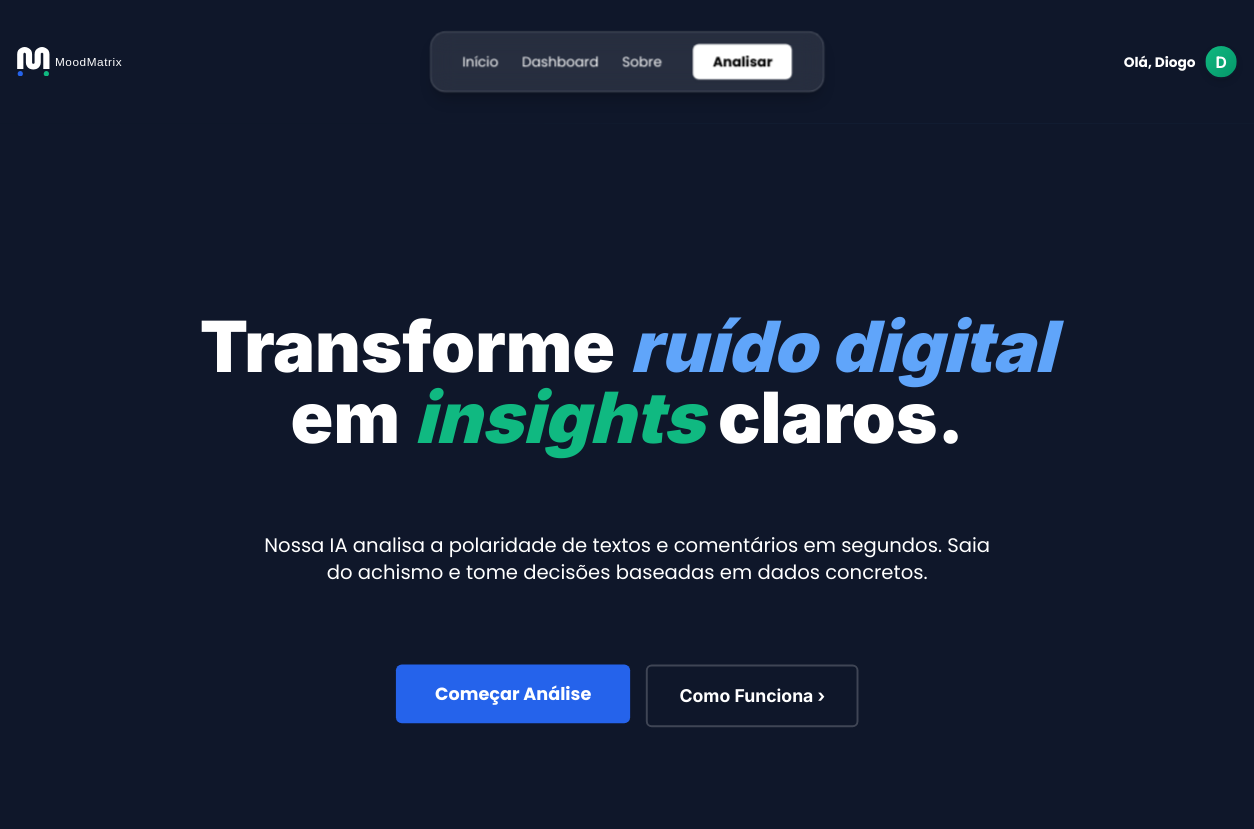
Repository: Hackaton-ONE/hackathon-Frontend
Page: /
An editor plug-in stored every save of this project. The page is shown before and after the next save, followed by the edit.
The browser window is 1280 px wide. The pictures show the whole page, at 98% of full size.
Some web fonts or font styles are not loaded; a fallback is used. The project was rebuilt for these pictures with package versions that can differ from the ones it lists, and the page was loaded fresh each time. The framework's server and built-in components were replaced by stand-ins that run in the browser. Also part of the build but not shown: next.config.ts.

Above is the page before, as saved 2026-01-02 10:17:07.

### app/layout.tsx
import type { Metadata } from "next";
import { Inter, Poppins, MuseoModerno } from "next/font/google"; // 1. Importar Poppins
import "./globals.css";
import { Navbar } from "@/components/Navbar";

// 2. Configurar Inter
const inter = Inter({
  subsets: ["latin"],
  variable: "--font-inter",
});

// 3. Configurar Poppins (Pesos comuns: 400, 600, 700)
const poppins = Poppins({
  weight: ['400', '600', '700'],
  subsets: ["latin"],
  variable: "--font-poppins",
});

const museo = MuseoModerno({
  subsets: ["latin"],
  variable: "--font-museo",
  display: "swap",
});

export const metadata: Metadata = {
  title: "MoodMatrix",
  description: "Análise de sentimentos com IA",
};

export default function RootLayout({
  children,
}: Readonly<{

  children: React.ReactNode;
}>) {
  return (
    <html lang="pt-br">
      {/* 4. Adicionar ambas as variáveis no body */}
      <body className={`${inter.variable} ${poppins.variable} ${museo.variable} bg-mood-dark text-white font-sans antialiased`}>
        <Navbar />
        {children}
      </body>
    </html>
  );
}

### app/page.tsx
import { HeroSection } from "../components/HeroSection";

export default function Home() {
  return (
    <main className="min-h-screen bg-mood-dark text-white selection:bg-neon-green selection:text-mood-dark">
      {/* A Navbar já está no layout.tsx, então não precisa repetir aqui se já colocou lá */}

      <HeroSection />

      {/* Aqui virão as próximas seções (Tech Stack, Benefícios, etc.) */}

    </main>
  );
}

### app/globals.css
@tailwind base;
@tailwind components;
@tailwind utilities;

/* Define o fundo padrão do site inteiro e a cor do texto */
body {
  background-color: #0F172A; /* mood.dark */
  color: #ffffff;
  min-height: 100vh;
}

/* Utilitário para o efeito de Vidro (Glassmorphism) */
.glass {
  background: rgba(30, 41, 59, 0.4); /* mood.gray com transparência */
  backdrop-filter: blur(12px);
  -webkit-backdrop-filter: blur(12px);
  border: 1px solid rgba(255, 255, 255, 0.1);
}

/* === PERSONALIZAÇÃO DA BARRA DE ROLAGEM === */

/* 1. Define a largura da barra */
::-webkit-scrollbar {
  width: 8px;
  height: 8px;
}

/* 2. Remove o fundo (Track) */
::-webkit-scrollbar-track {
  background: transparent;
}

/* 3. Cor da barra (Thumb)*/
::-webkit-scrollbar-thumb {
  background-color: #2563EB;
  border-radius: 9999px;
}

/* 4. Efeito ao passar o mouse */
::-webkit-scrollbar-thumb:hover {
  background-color: #60A5FA; /* blue-light */
}

/* 5. Remove as setas (Buttons) */
::-webkit-scrollbar-button {
  display: none;
}

### components/Navbar.tsx
"use client";

import Link from "next/link";
import { useState } from "react";
import { Menu, X } from "lucide-react";
import Image from "next/image";

// Componente NavLink (Link com sublinhado azul)
const NavLink = ({ href, children }: { href: string; children: React.ReactNode }) => (
  <Link
    href={href}
    className="relative group text-white transition-colors font-medium text-sm"
  >
    {children}
    <span className="absolute -bottom-1 left-0 w-0 h-[2px] bg-blue-default transition-all duration-300 ease-out group-hover:w-full" />
  </Link>
);

export function Navbar() {
  const [isOpen, setIsOpen] = useState(false);

  return (
    // Container Principal
    <div className="relative top-0 left-0 w-full z-50 px-4 py-8">

      <div className="max-w-[1600px] mx-auto flex justify-between items-center lg:grid lg:grid-cols-3">

        {/* =======================
            1. LOGO (Coluna 1 - Alinhado à Esquerda)
           ======================= */}
        <div className="flex justify-start">
          <Link href="/" className="flex items-center gap-1 z-50 group">
            <div className="relative w-8 h-8 lg:w-9 lg:h-9 flex items-center justify-center">
              <Image
                src="/logo.svg"
                alt="Logo MoodMatrix"
                fill
                className="object-contain"
              />
            </div>

            <span className="text-white font-medium text-xs font-museo tracking-wider">
              Mood<span>Matrix</span>
            </span>
          </Link>
        </div>

        {/* =======================
            2. PÍLULA CENTRAL (Coluna 2)
            MUDANÇA: 'hidden lg:flex'
            (Escondido em Tablet/Mobile, Flex em Notebook+)
           ======================= */}
        <div className="hidden lg:flex justify-center">
          <nav className="flex items-center gap-8 pl-8 pr-8 py-3 rounded-2xl bg-white/10 backdrop-blur-md border border-white/20 shadow-lg shadow-black/20">
            {/* Links */}
            <div className="flex items-center gap-6 font-poppins font-bold">
              <NavLink href="/">Início</NavLink>
              <NavLink href="/dashboard">Dashboard</NavLink>
              <NavLink href="#sobre">Sobre</NavLink>
            </div>

            {/* Botão Analisar */}
            <Link href="/analisar">
              <button className="bg-white hover:bg-neon-orange text-black font-poppins font-bold text-sm px-5 py-2 rounded-md transition-all duration-200 shadow-sm hover:shadow-md">
                Analisar
              </button>
            </Link>
          </nav>
        </div>

        {/* =======================
            3. AVATAR / MENU (Coluna 3 - Alinhado à Direita)
           ======================= */}
        <div className="flex justify-end items-center gap-4 z-50">

          {/* Avatar (Desktop) */}
          <div className="hidden lg:flex items-center gap-2 pl-4">
            <div className="text-right hidden lg:block">
              <p className="font-poppins text-sm font-bold text-white">Olá, Diogo</p>
            </div>
            <div className="w-9 h-9 rounded-full bg-gradient-to-br from-neon-green to-emerald-600 flex items-center justify-center text-white font-bold border-2 border-mood-dark shadow-md">
              D
            </div>
          </div>

          {/* Botão Hambúrguer (Mobile) */}
          <button
            onClick={() => setIsOpen(!isOpen)}
            className="lg:hidden text-white hover:text-neon-blue transition p-1"
          >
            {isOpen ? <X size={28} /> : <Menu size={28} />}
          </button>
        </div>

      </div>

      {/* =======================
          4. MENU MOBILE DROPDOWN
         ======================= */}
      {isOpen && (
        <div className="lg:hidden absolute top-24 left-4 right-4 z-40 bg-mood-dark/95 backdrop-blur-xl border border-white/10 rounded-2xl p-4 shadow-2xl animate-in fade-in slide-in-from-top-5">

          <div className="flex flex-col space-y-1">
            <Link href="/" onClick={() => setIsOpen(false)} className="block px-4 py-3 text-white/90 hover:text-white hover:bg-blue-default rounded-lg transition-colors text-sm font-medium">
              Início
            </Link>
            <Link href="/dashboard" onClick={() => setIsOpen(false)} className="block px-4 py-3 text-white/90 hover:text-white hover:bg-blue-default rounded-lg transition-colors text-sm font-medium">
              Dashboard
            </Link>
            <Link href="#sobre" onClick={() => setIsOpen(false)} className="block px-4 py-3 text-white/90 hover:text-white hover:bg-blue-default rounded-lg transition-colors text-sm font-medium">
              Sobre
            </Link>
          </div>

          <div className="my-3 border-t border-white/10" />

          <Link href="/analisar" onClick={() => setIsOpen(false)}>
            <button className="w-full bg-white hover:bg-neon-orange text-black border border-white/20 font-poppins font-bold text-sm py-3 rounded-lg transition-all duration-200">
              Analisar
            </button>
          </Link>

          <div className="mt-4 pt-4 border-t border-white/10 flex items-center gap-3">
            <div className="w-8 h-8 rounded-full bg-gradient-to-br from-neon-green to-emerald-600 flex items-center justify-center text-white font-bold text-xs">
              D
            </div>
            <div>
              <p className="text-sm font-bold text-white">Diogo</p>
              <p className="text-xs text-gray-400">diogo@exemplo.com</p>
            </div>
          </div>

        </div>
      )}
    </div>
  );
}

### components/HeroSection.tsx
import Link from "next/link";
import { Button } from "./Button"; // Importando seu botão personalizado

export function HeroSection() {
  return (
    <section className="relative pt-32 lg:pt-48 pb-20 px-4 overflow-hidden">

      {/* =========================================
          ELEMENTOS DECORATIVOS DE FUNDO (GLOWS)
          ========================================= */}

{/* 1. ELIPSE MAIOR (Direita/Topo)
          x: 946.5, y: -78.06 -> right-0 top-[-78px] (Ajustado para responsivo)
          w: 743.5, h: 817.56 -> w-[743px] h-[817px]
          fill: 60A5FA 30% -> bg-blue-light/30
          blur: 160 -> blur-[160px]
      */}
      <div
        className="
          absolute
          top-[-78px]
          right-[-100px] lg:right-[-50px] /* Ajuste fino para telas diferentes */
          w-[743px]
          h-[817px]
          bg-blue-light/30
          blur-[160px]
          rounded-full
          -z-10
          pointer-events-none
        "
      />

      {/* 2. ELIPSE MENOR (Esquerda/Baixo)
          x: -90, y: 546 -> left-[-90px] top-[546px]
          w: 282, h: 343 -> w-[282px] h-[343px]
          fill: 60A5FA 30% -> bg-blue-light/30
          blur: 160 -> blur-[160px]
      */}
      <div
        className="
          absolute
          top-[546px]
          left-[-90px]
          w-[282px]
          h-[343px]
          bg-blue-light/30
          blur-[160px]
          rounded-full
          -z-10
          pointer-events-none
        "
      />


      {/* =========================================
          CONTEÚDO PRINCIPAL
          ========================================= */}
      <div className="max-w-5xl mx-auto text-center flex flex-col items-center">

        {/* TÍTULO */}
        <h1 className="font-inter font-black text-4xl md:text-6xl lg:text-7xl leading-tight text-white mb-20">
          Transforme <span className="italic text-blue-light">ruído digital</span> <br className="hidden md:block" />
          em <span className="italic text-neon-green">insights</span> claros.
        </h1>

        {/* SUBTÍTULO */}
        <p className="font-poppins font-light text-white text-base md:text-xl mb-20 max-w-3xl leading-relaxed">
          Nossa IA analisa a polaridade de textos e comentários em segundos.
          Saia do achismo e tome decisões baseadas em dados concretos.
        </p>

        {/* BOTÕES DE AÇÃO (CTA) */}
        <div className="flex flex-col sm:flex-row gap-4 w-full sm:w-auto">
          <Link href="/analisar">
            <Button variant="primary" className="w-full sm:w-auto text-lg px-8 lg:px-10 py-4 bg-blue-default hover:bg-neon-green font-poppins">
              Começar Análise
            </Button>
          </Link>

          <Link href="#como-funciona">
            <Button variant="outline" className="w-full sm:w-auto text-lg px-8 py-4">
              Como Funciona ›
            </Button>
          </Link>
        </div>

      </div>
    </section>
  );
}

### components/Button.tsx
import React from "react";

interface ButtonProps extends React.ButtonHTMLAttributes<HTMLButtonElement> {
  variant?: "primary" | "outline" | "ghost";
  children: React.ReactNode;
}

export function Button({ variant = "primary", className = "", children, ...props }: ButtonProps) {

  const baseStyles = "px-6 py-3 rounded-md font-bold transition-all duration-200 flex items-center justify-center gap-2 active:scale-[0.98]";

  const variants = {
    primary: "text-white active:translate-y-1",

    // Outline (Borda simples)
    outline: "bg-transparent border-2 border-white/20 text-white hover:bg-white/5 hover:border-white/40",

    // Ghost (Transparente)
    ghost:   "bg-transparent text-gray-400 hover:text-white hover:bg-white/5",
  };

  return (
    <button
      className={`${baseStyles} ${variants[variant]} ${className}`}
      {...props}
    >
      {children}
    </button>
  );
}

### tailwind.config.ts
/** @type {import('tailwindcss').Config} */
const config = {
  // Configuração de onde o Tailwind procura as classes
  content: [
    "./app/**/*.{js,ts,jsx,tsx,mdx}",
    "./pages/**/*.{js,ts,jsx,tsx,mdx}",
    "./components/**/*.{js,ts,jsx,tsx,mdx}",
    "./src/app/**/*.{js,ts,jsx,tsx,mdx}",
    "./src/pages/**/*.{js,ts,jsx,tsx,mdx}",
    "./src/components/**/*.{js,ts,jsx,tsx,mdx}",
  ],
  theme: {
    extend: {
      colors: {
        white: "#FFFFFF",
        mood: {
          dark: "#0F172A", // Fundo Azul Escuro
          nav: "#FFFFFF",  // Base para Navbar
        },
        blue: {
          light: "#60A5FA",   // Azul Claro
          default: "#2563EB", // Azul Padrão
          dark: "#1E3A8A",    // Azul Escuro
        },
        neon: {
          green: "#10B981",
          red: "#B91C1C",
          orange: "#F59E0B",
        },
      },
      fontFamily: {
        sans: ['var(--font-inter)', 'sans-serif'],
        poppins: ['var(--font-poppins)', 'sans-serif'],
        museo: ['var(--font-museo)', 'sans-serif'],
      },
      backgroundImage: {
        // Gradientes de Seta e Barra de Progresso
        'gradient-pos': 'linear-gradient(to right, #2563EB, #10B981)',
        'gradient-neg': 'linear-gradient(to right, #B91C1C, #F59E0B)',

        // Gradientes Sutis para os Cards (Glassmorphism)
        'card-blue': 'linear-gradient(180deg, rgba(255, 255, 255, 0) 0%, rgba(96, 165, 250, 0.05) 100%)',
        'card-green': 'linear-gradient(180deg, rgba(255, 255, 255, 0) 0%, rgba(16, 185, 129, 0.05) 100%)',
        'card-red': 'linear-gradient(180deg, rgba(255, 255, 255, 0) 0%, rgba(185, 28, 28, 0.05) 100%)',
        'card-orange': 'linear-gradient(180deg, rgba(255, 255, 255, 0) 0%, rgba(245, 158, 11, 0.05) 100%)', // NOVO
      }
    },
  },
  plugins: [],
};

export default config;

After the next save:
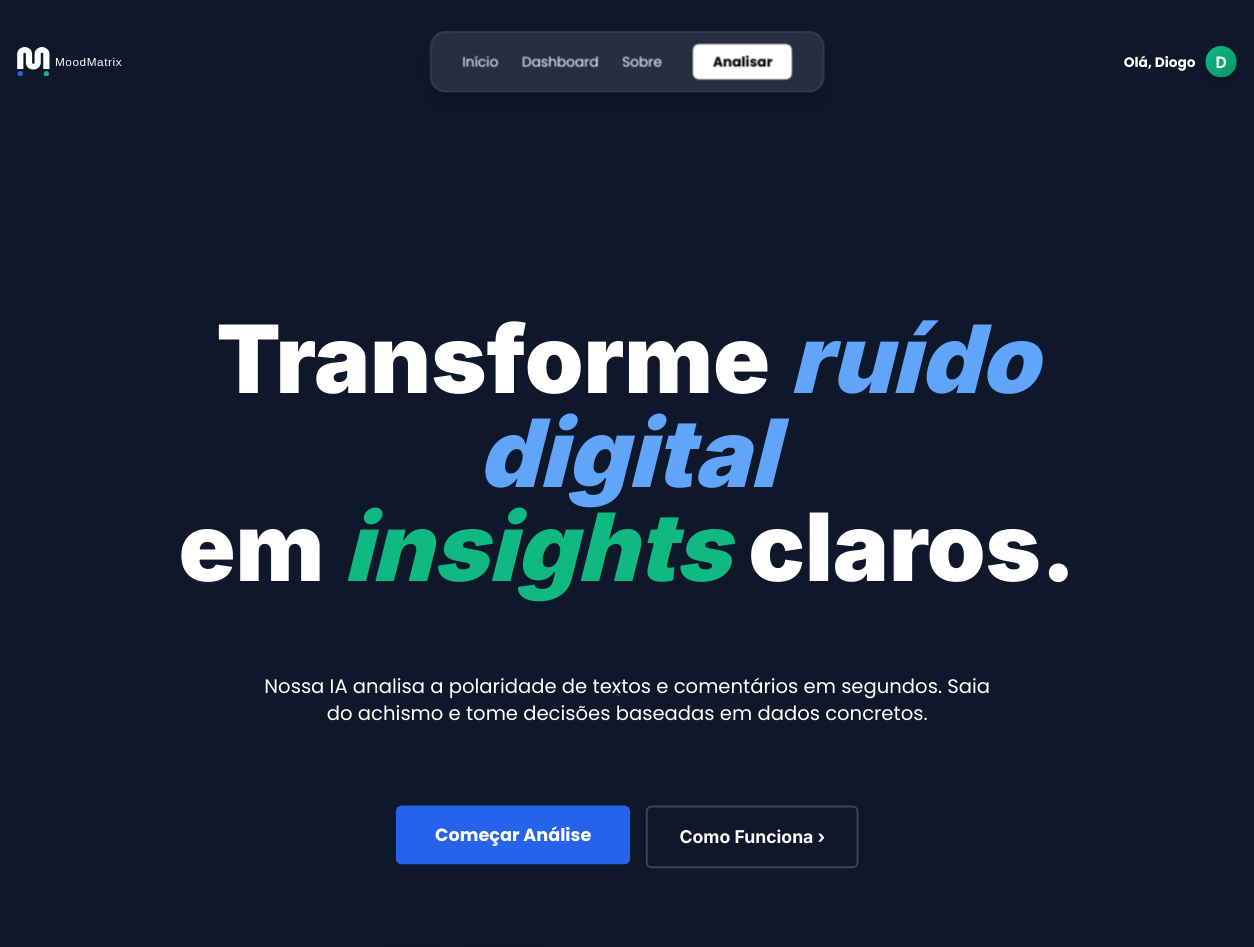
Saved 24 s later.
--- a/components/HeroSection.tsx
+++ b/components/HeroSection.tsx
@@ -58,7 +58,7 @@
       <div className="max-w-5xl mx-auto text-center flex flex-col items-center">
 
         {/* TÍTULO */}
-        <h1 className="font-inter font-black text-4xl md:text-6xl lg:text-7xl leading-tight text-white mb-20">
+        <h1 className="font-inter font-black text-4xl md:text-6xl lg:text-8xl leading-tight text-white mb-20">
           Transforme <span className="italic text-blue-light">ruído digital</span> <br className="hidden md:block" />
           em <span className="italic text-neon-green">insights</span> claros.
         </h1>

After the save that followed:
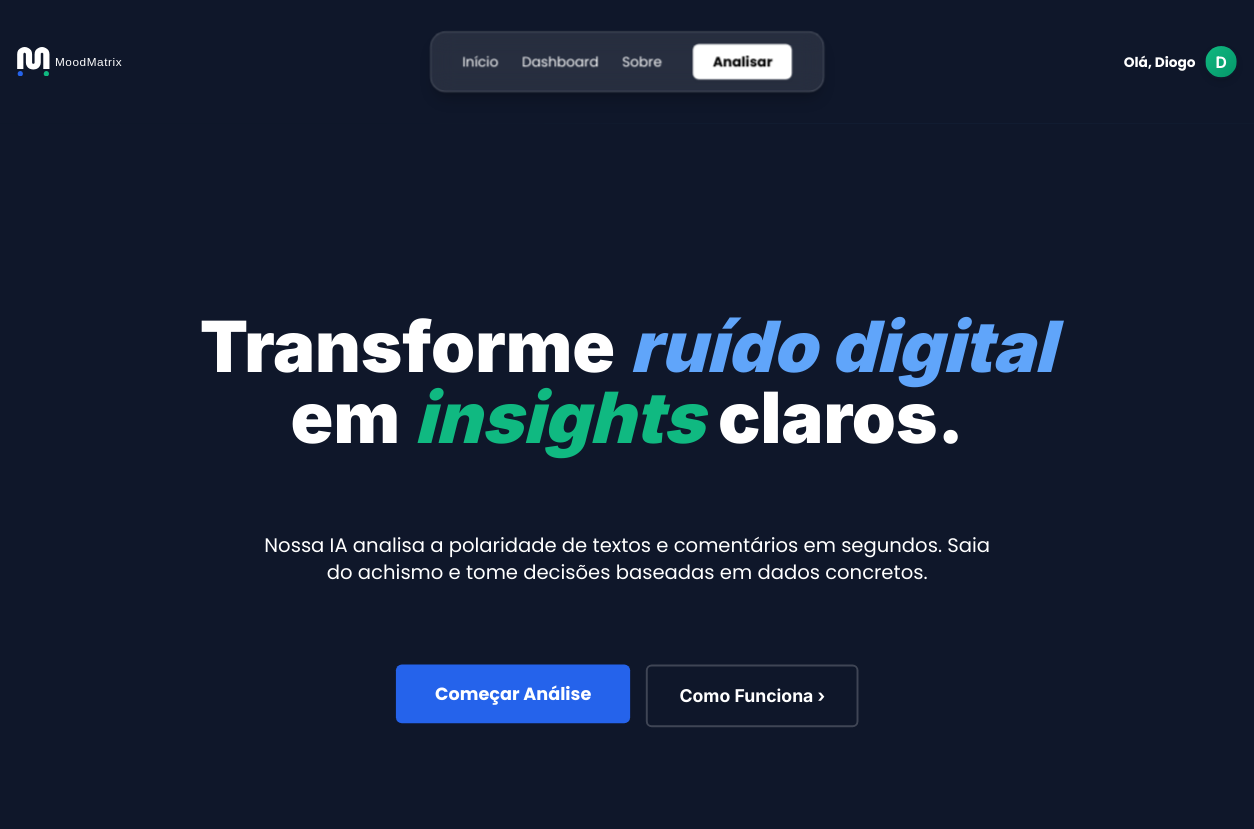
Saved 35 s later.
--- a/components/HeroSection.tsx
+++ b/components/HeroSection.tsx
@@ -58,7 +58,7 @@
       <div className="max-w-5xl mx-auto text-center flex flex-col items-center">
 
         {/* TÍTULO */}
-        <h1 className="font-inter font-black text-4xl md:text-6xl lg:text-8xl leading-tight text-white mb-20">
+        <h1 className="font-inter font-black text-4xl md:text-6xl lg:text-7xl leading-tight text-white mb-20">
           Transforme <span className="italic text-blue-light">ruído digital</span> <br className="hidden md:block" />
           em <span className="italic text-neon-green">insights</span> claros.
         </h1>
